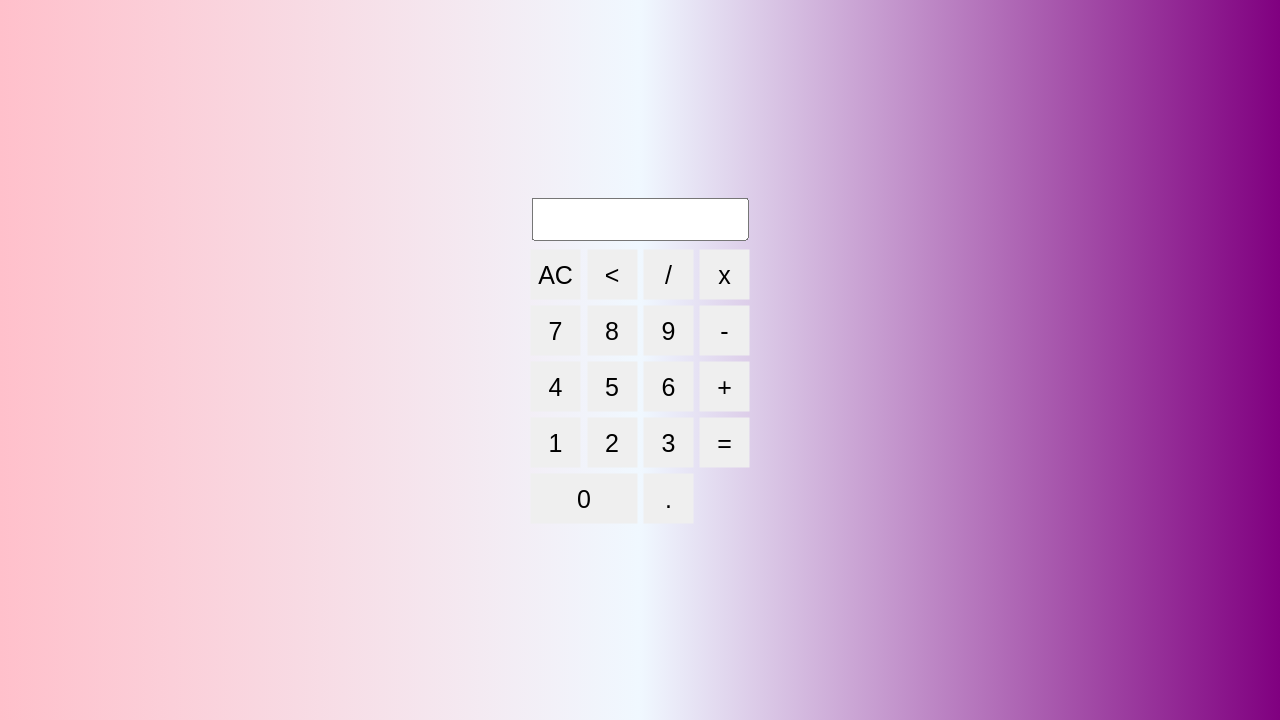
Repository: lacey-crenshaw/calculator
Page: index.html
The author's editor kept a copy of each file at every save. The page is drawn from the files as they stood at one save, then again after the next save.
The browser window is 1280 px wide. The pictures show the whole page.

Above is the page before, as saved 2020-02-14 10:04:38.

After the next save:
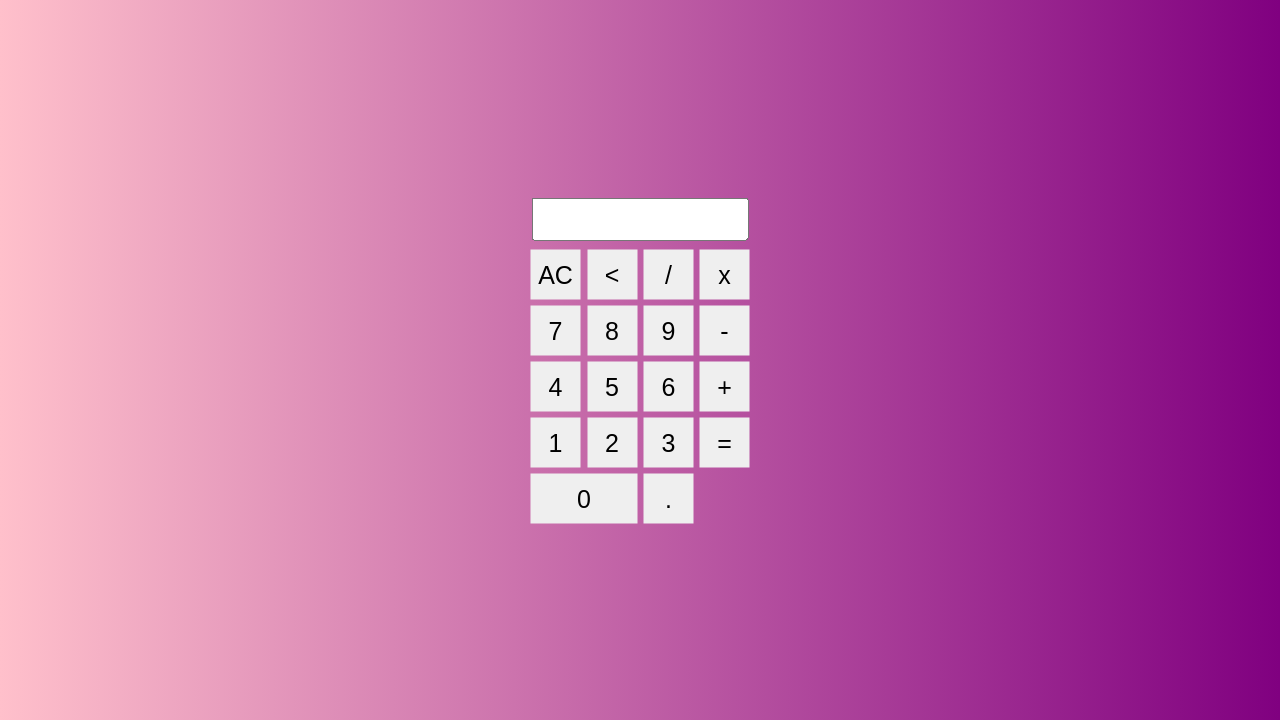
Saved 17 s later.
--- a/style.css
+++ b/style.css
@@ -28,7 +28,7 @@
 }
 
 .bg {
-    background: linear-gradient(to right, pink, aliceblue, purple);
+    background: linear-gradient(to right, pink, purple);
     height: 100%;
 }
 
